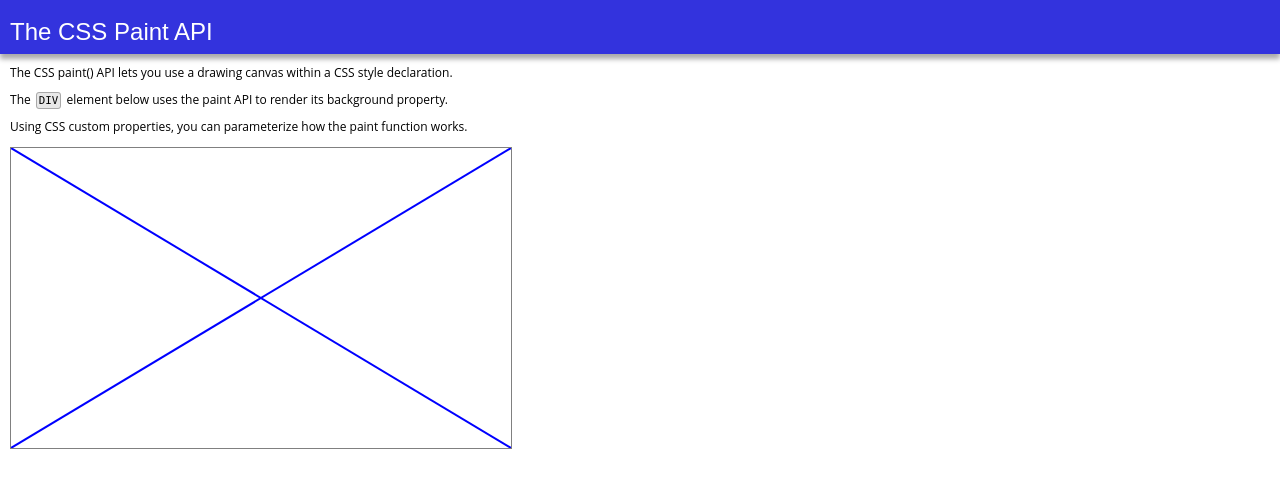
Repository: craig-o-curtis/browser-apis
Page: pages/csspaint.html
An editor plug-in stored every save of this project. The page is shown before and after the next save, followed by the edit.
The browser window is 1280 px wide. The pictures show the whole page.

Above is the page before, as saved 2020-05-17 17:11:08.

### pages/csspaint.html
<!doctype html>
<html>
    <head>
        <title>The CSS paint API</title>
        <style type="text/css">
            #targetElem {
                width: 500px;
                height: 300px;
                border: 1px solid gray;

                /* Use the paint API to paint the background of the box */
                background-image: paint(samplepainter);
                /* Define some custom properties to use in the paint function */
                --cross-thickness: 2;
                --cross-color: blue;
            }
        </style>
        <link rel="stylesheet" href="./style.css" />
    </head>

    <body>
        <h1>The CSS Paint API</h1>
        <div id="content">
            <p>The CSS paint() API lets you use a drawing canvas within a CSS style declaration.</p>
            <p>The <code>DIV</code> element below uses the paint API to render its background property.</p>
            <p>Using CSS custom properties, you can parameterize how the paint function works.</p>
            <div id="targetElem"></div>
        </div>
        <script>
            window.addEventListener("load", function () {
                // use feature detection to see if paintWorklet is supported
                if ('paintWorklet' in CSS) {
                    console.log("paintWorklet supported")

                    // add the paint worklet to our page
                    CSS.paintWorklet.addModule("csspaint.js");
                }
                else {
                    console.log("paintWorklet not supported")
                }
            })
        </script>
    </body>
</html>

### pages/style.css
/*
** Styles used in the jQuery Essential Training course materials
*/
body {
    font-family: "Open Sans", sans-serif;
    font-size: 12px;
    margin: 0;
    line-height: 1.2em;
}

body > h1 {
    background-color: #33d;
    color: white;
    font-family: Arial, Helvetica, sans-serif;
    font-weight: 100;
    margin:0;
    padding-left: 10px;
    padding-right: 10px;
    padding-top:25px;
    padding-bottom: 15px;
    box-shadow: 0px 5px 5px 0px rgba(171,171,171,1);
}

#content {
    margin: 10px;
}

#example {
    border: 1px solid gray;
    background-color: #b3c8d0;
    font-size:14px;
    padding-left: 10px;
    padding-right: 10px;
    min-height: 200px;
}

.box {
    border: 1px solid gray;
    background-color: #b3c8d0;
    font-size:14px;
    padding-left: 10px;
    padding-right: 10px;
    min-height: 200px;
    width: 300px;
}

.box p {
    margin: 0 1px 0 2px
}

.smallbox {
    border: 1px solid gray;
    background-color: #b3c8d0;
    font-size:14px;
    padding-left: 10px;
    padding-right: 10px;
    margin-bottom: 10px;
    margin-right: 0;
    margin-left: 0;
    min-height: 150px;
    width: 200px;
}

.inline {
    display: inline-block;
}

code {
    background-color: #e8e8e8;
    border: 1px solid #a8a8a8;
    border-radius: 3px;
    padding: 1px 2px;
    margin: 2px;
    font-family: "source-code-pro", Consolas, monospace;
    font-size: .9em;
}

li {
    line-height: 1.3em;
}

button {
    font-size: 14px;
    margin: 8px;
}

#eventDetails {
    border: 1px solid #aaa;
    margin-top: 8px;
    padding: 2px;
}

.lineitem {
    width: 120px;
    display: inline-block
}


canvas {
    border: 2px solid gray;
    margin-left: 5px;
    margin-right: 5px;
}

### pages/csspaint.js
if (typeof registerPaint !== "undefined") {
  // define a class to implement the paint worklet
  class SampleCSSPaint {
    // declare the properties that the class has access to
    static get inputProperties() {
      return ["--cross-thickness", "--cross-color"];
    }

    paint(ctx, size, props) {
      // get the custom property values
      let width = props.get("--cross-thickness");
      let color = props.get("--cross-color").toString();

      ctx.lineWidth = width;
      ctx.strokeStyle = color;

      ctx.beginPath(0,'50%');
      ctx.moveTo(0, 0);
      ctx.lineTo(size.width, size.height);
      ctx.stroke();

      ctx.beginPath();
      ctx.moveTo(size.width, 0);
      ctx.lineTo(0, size.height);
      ctx.stroke();
    }
  }

  // register the paint worklet for CSS
  registerPaint("samplepainter", SampleCSSPaint);
}

After the next save:
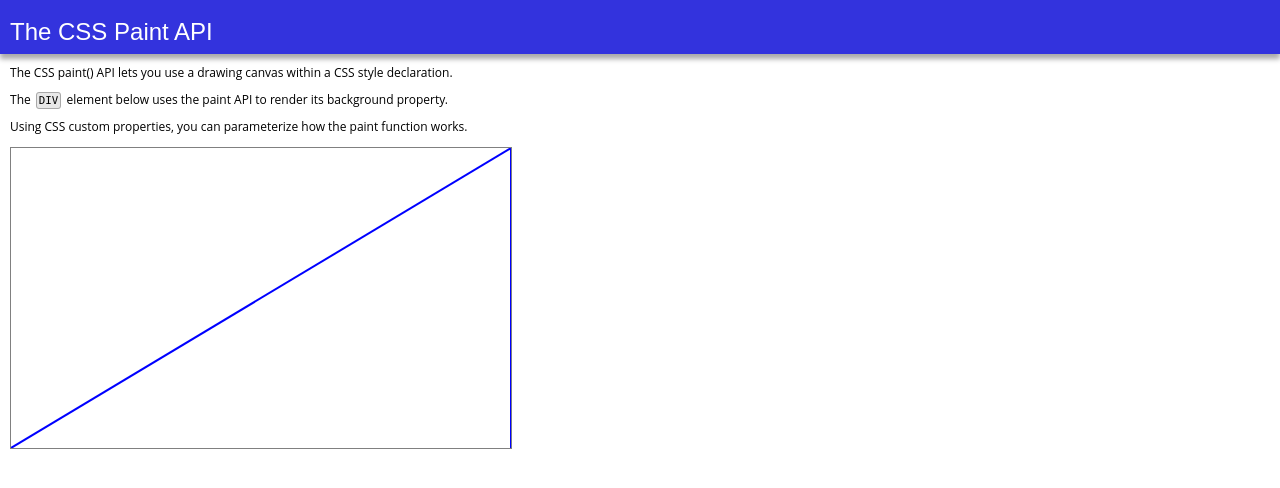
Saved 42 s later.
--- a/pages/csspaint.js
+++ b/pages/csspaint.js
@@ -14,8 +14,8 @@ if (typeof registerPaint !== "undefined") {
       ctx.lineWidth = width;
       ctx.strokeStyle = color;
 
-      ctx.beginPath(0,'50%');
-      ctx.moveTo(0, 0);
+      ctx.beginPath();
+      ctx.moveTo(size.width, 0);
       ctx.lineTo(size.width, size.height);
       ctx.stroke();
 
